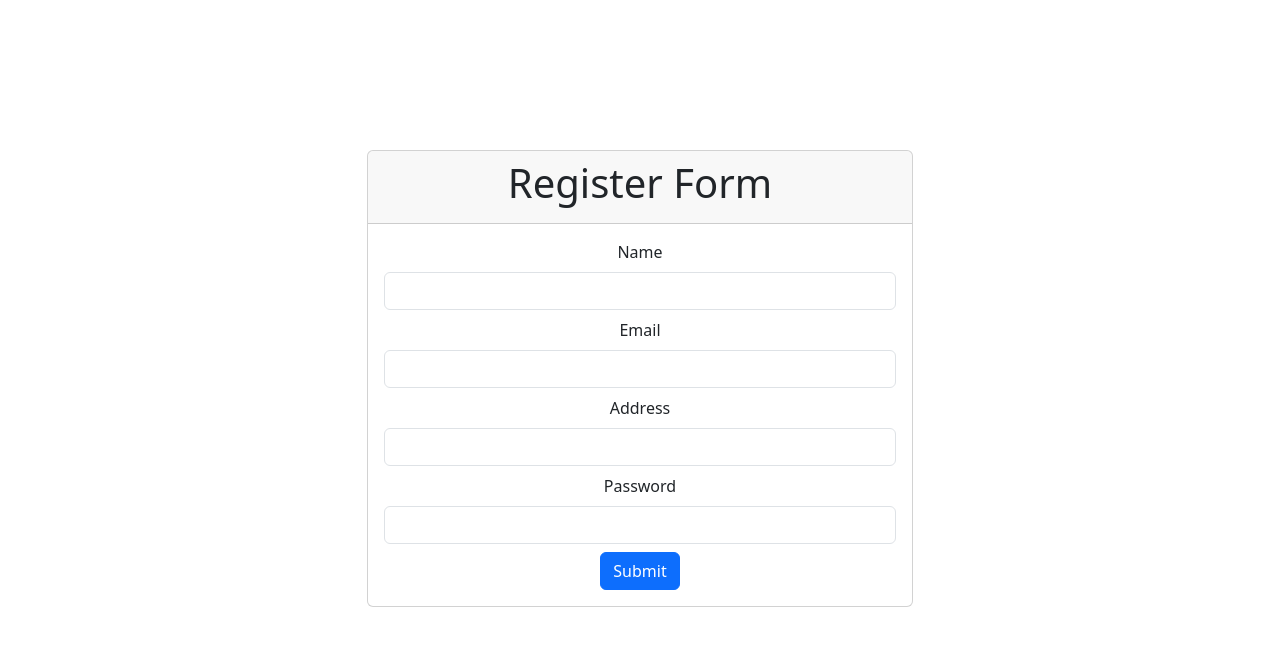
Repository: Laxman-Nath/java-internship
Page: http://localhost/Demo/Register.jsp
The author's editor kept a copy of each file at every save. The page is drawn from the files as they stood at one save, then again after the next save.
The browser window is 1280 px wide. The pictures show the whole page.
The page is served by Tomcat 9.

Above is the page before, as saved 2024-09-01 10:24:46.

After the next save:
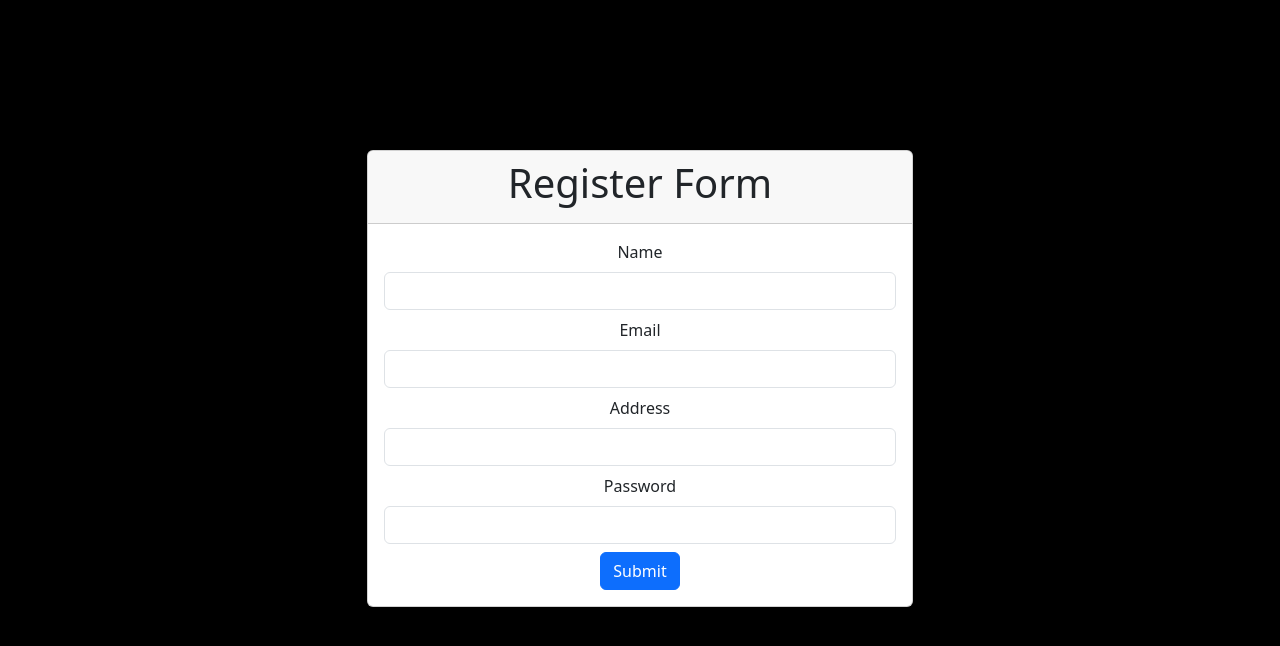
Saved 45 s later.
--- a/Servlet_JSP/Demo/src/main/webapp/Register.jsp
+++ b/Servlet_JSP/Demo/src/main/webapp/Register.jsp
@@ -11,7 +11,7 @@
 	integrity="sha384-QWTKZyjpPEjISv5WaRU9OFeRpok6YctnYmDr5pNlyT2bRjXh0JMhjY6hW+ALEwIH"
 	crossorigin="anonymous">
 </head>
-<body>
+<body style="background-color:black;">
 	<div class="container" style="margin-top: 150px;">
 		<div class="row">
 			<div class="col-md-6 offset-md-3">

After the save that followed:
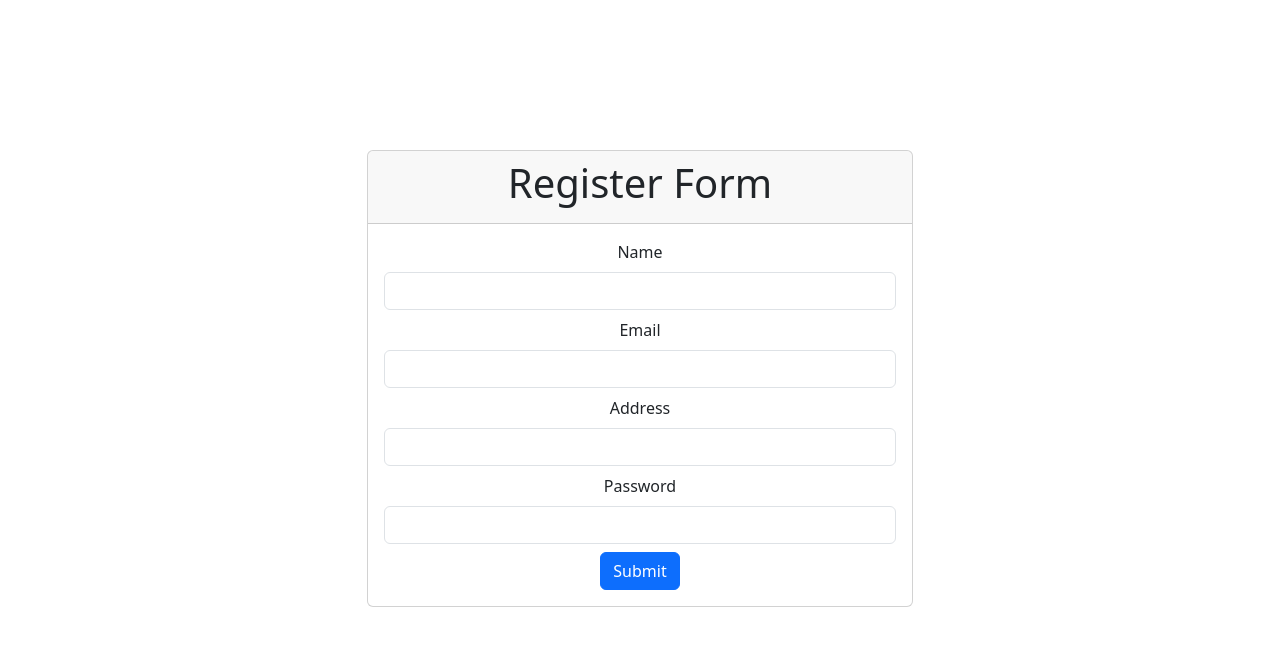
Saved 15 s later.
--- a/Servlet_JSP/Demo/src/main/webapp/Register.jsp
+++ b/Servlet_JSP/Demo/src/main/webapp/Register.jsp
@@ -11,7 +11,7 @@
 	integrity="sha384-QWTKZyjpPEjISv5WaRU9OFeRpok6YctnYmDr5pNlyT2bRjXh0JMhjY6hW+ALEwIH"
 	crossorigin="anonymous">
 </head>
-<body style="background-color:black;">
+<body style="">
 	<div class="container" style="margin-top: 150px;">
 		<div class="row">
 			<div class="col-md-6 offset-md-3">
